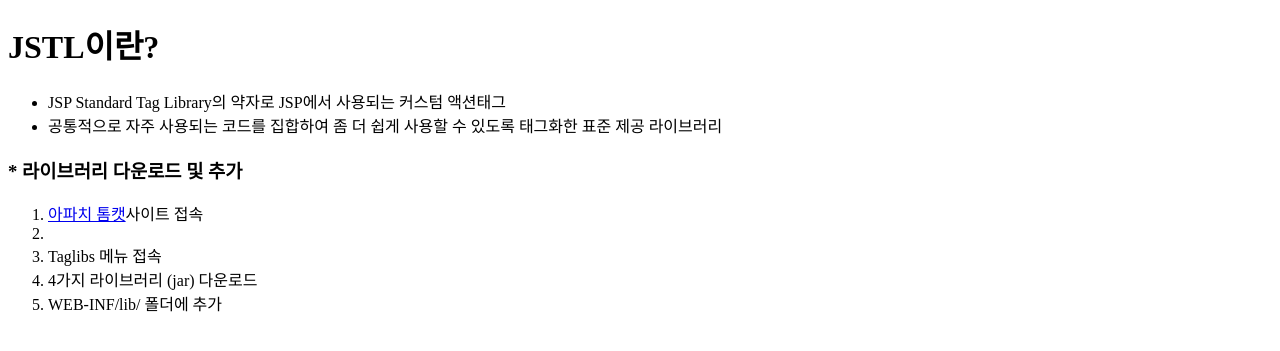
Repository: smjae96/Backup
Page: http://localhost/elActionProject/views/3_CustomAction/jstl.jsp
An editor plug-in stored every save of this project. The page is shown before and after the next save, followed by the edit.
The browser window is 1280 px wide. The pictures show the whole page.
The page is served by Tomcat 9.

Above is the page before, as saved 2024-04-01 01:34:50.

After the next save:
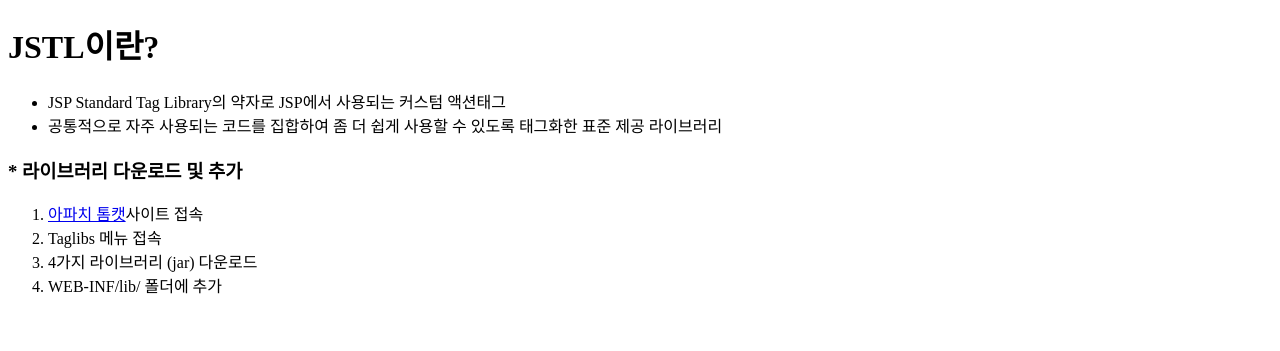
Saved 2 min 7 s later.
--- a/5_JSP/elActionProject/src/main/webapp/views/3_CustomAction/jstl.jsp
+++ b/5_JSP/elActionProject/src/main/webapp/views/3_CustomAction/jstl.jsp
@@ -14,7 +14,7 @@
 	</ul>
 	<h3>* 라이브러리 다운로드 및 추가</h3>
 	<ol>
-		<li><a href="https://tomcat.apache.org/download-taglibs.cgi" target="_blank">아파치 톰캣</a>사이트 접속<li>
+		<li><a href="https://tomcat.apache.org/download-taglibs.cgi" target="_blank">아파치 톰캣</a>사이트 접속</li>
 		<li>Taglibs 메뉴 접속</li>
 		<li>4가지 라이브러리 (jar) 다운로드</li>
 		<li>WEB-INF/lib/ 폴더에 추가</li>
